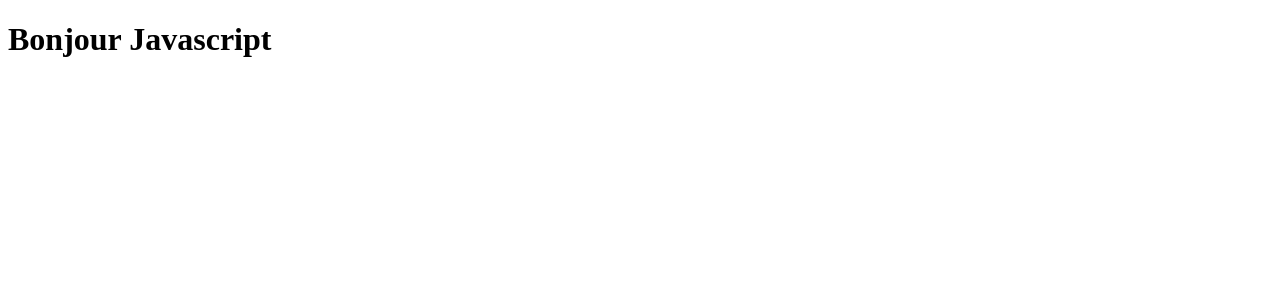
Repository: serviceshuios/-git-reference-java-lyon-worspace
Page: workspaceWeb/HtmlCssJavascript/WebContent/HelloJavascript.html
The author's editor kept a copy of each file at every save. The page is drawn from the files as they stood at one save, then again after the next save.
The browser window is 1280 px wide. The pictures show the whole page.

Above is the page before, as saved 2017-04-05 07:46:08.

### workspaceWeb/HtmlCssJavascript/WebContent/HelloJavascript.html
<!DOCTYPE html>
<html>
	<head>
		<meta charset="UTF-8">
		<title>Structure HTML CSS JAVASCRIPT</title>
		<meta name="viewport" content="width=device-width, initial-scale=1.0">
		<link rel="stylesheet" href="css/style1.css" />
	</head>
	<body>
		<h1>Bonjour Javascript</h1>
		<script type="text/javascript" src="js/script1.js"></script>
	</body>
</html>

Loaded but not shown: workspaceWeb/HtmlCssJavascript/WebContent/css/style1.css (common file); workspaceWeb/HtmlCssJavascript/WebContent/js/script1.js (no copy from this time; the picture is the same without it)

After the next save:
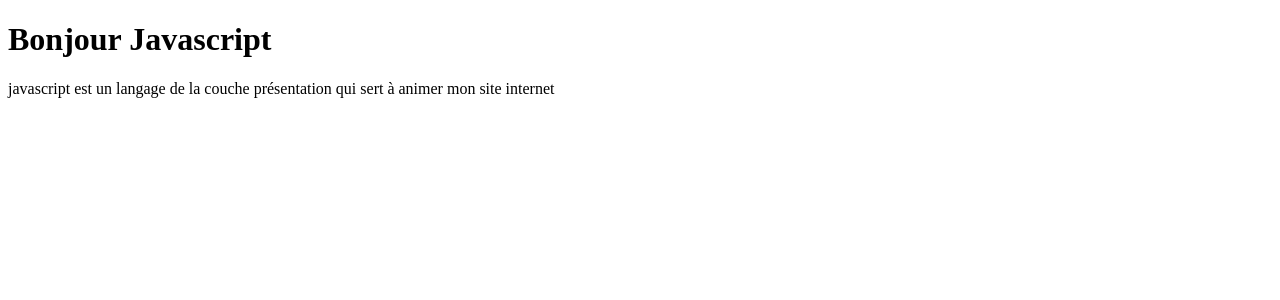
Saved 39 s later.
--- a/workspaceWeb/HtmlCssJavascript/WebContent/HelloJavascript.html
+++ b/workspaceWeb/HtmlCssJavascript/WebContent/HelloJavascript.html
@@ -8,6 +8,8 @@
 	</head>
 	<body>
 		<h1>Bonjour Javascript</h1>
+		<p>javascript est un langage de la couche présentation qui sert à animer
+		mon site internet</p>
 		<script type="text/javascript" src="js/script1.js"></script>
 	</body>
 </html>
